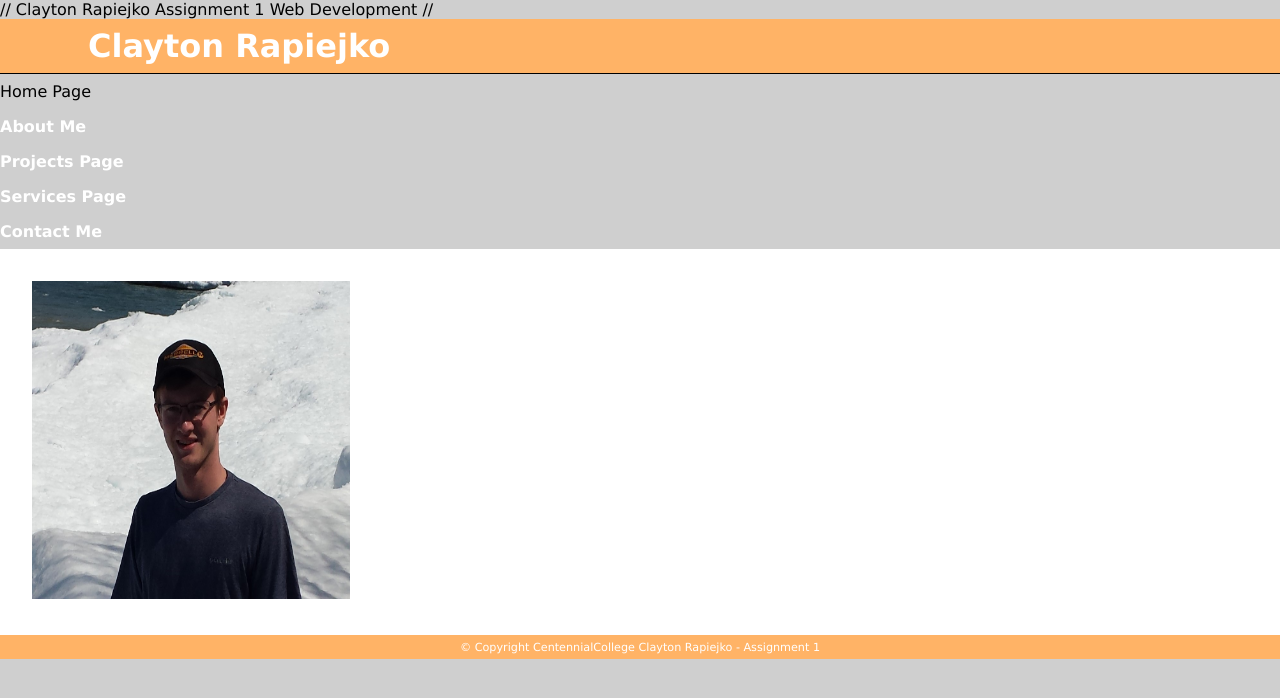
Repository: ClaytonRapiejko/RapiejkoPortfolio
Page: Assignment 1/index.html
The author's editor kept a copy of each file at every save. The page is drawn from the files as they stood at one save, then again after the next save.
The browser window is 1280 px wide. The pictures show the whole page.

Above is the page before, as saved 2021-05-22 17:50:38.

After the next save:
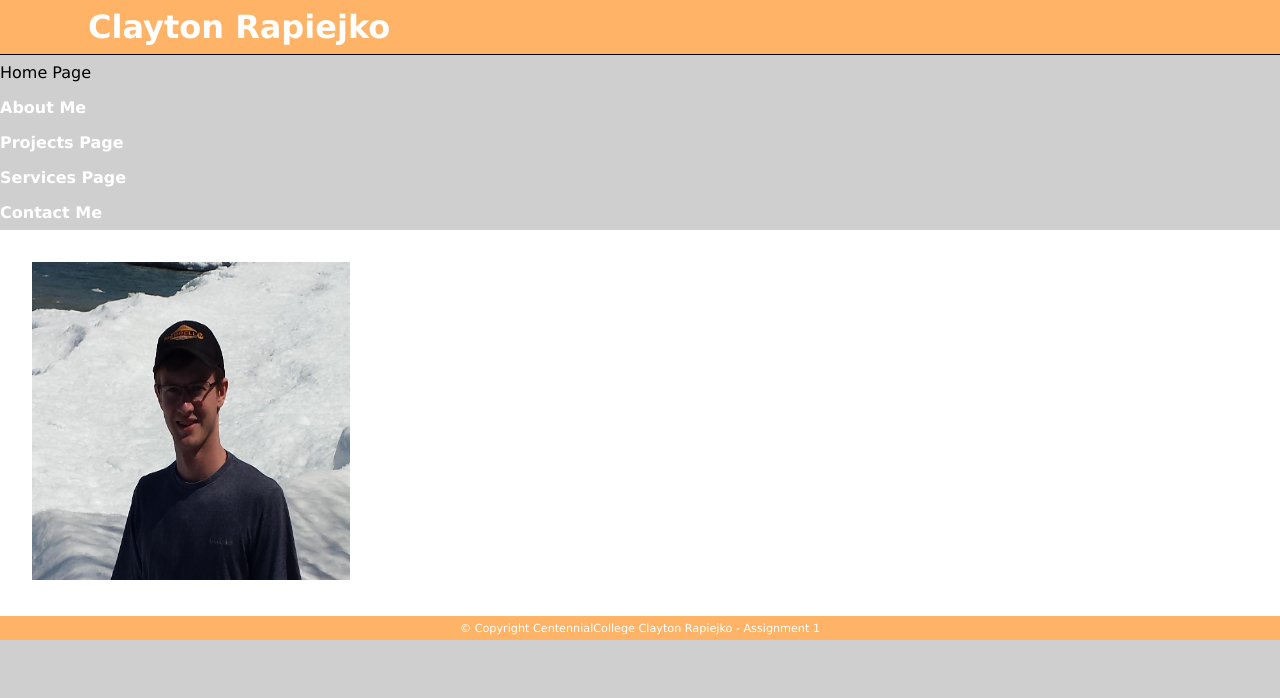
Saved 6 s later.
--- a/Assignment 1/index.html
+++ b/Assignment 1/index.html
@@ -1,6 +1,5 @@
 <!DOCTYPE html>
 <html lang="en">
-    // Clayton Rapiejko Assignment 1 Web Development //
     <link href="stylesheet.css" rel="stylesheet" type="text/css">
 <head></head>
     <meta charset="UTF-8">
